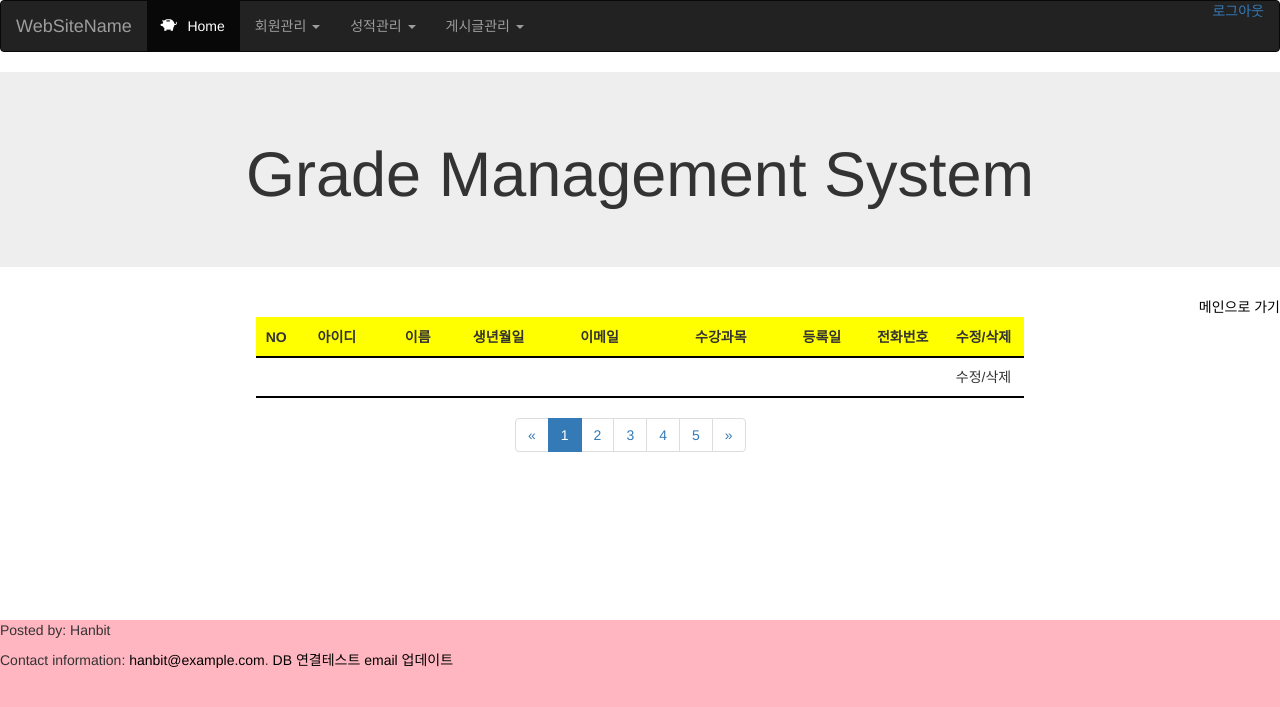
Repository: jeonghyunseok/GMSUI
Page: http://localhost/GMS2/WEB-INF/view/member/member_list.jsp
The author's editor kept a copy of each file at every save. The page is drawn from the files as they stood at one save, then again after the next save.
The browser window is 1280 px wide. The pictures show the whole page.
Some web libraries are served in a nearby version. The page is served by Tomcat 9. Nobody is signed in. Other server files are loaded and not shown. The template is opened directly, without the code that normally fills it, so the values that code supplies are empty.

Above is the page before, as saved 2017-08-18 05:12:38.

### GMS2/WebContent/WEB-INF/view/member/member_list.jsp
<%@ page language="java" contentType="text/html; charset=UTF-8"
	pageEncoding="UTF-8"%>

<jsp:include page="../common/common_head.jsp"/>

<div id="container">
	<table id="member_list_tab">
		<tr>
		<th style="width: 5%;">NO</th>
		<th style="width: 10%;">아이디</th>
		<th style="width: 10%;">이름</th>
		<th style="width: 10%;">생년월일</th>
		<th style="width: 15%;">이메일</th>
		<th style="width: 15%;">수강과목</th>
		<th style="width: 10%;">등록일</th>
		<th style="width: 10%;">전화번호</th>
		<th style="width: 10%;">수정/삭제</th>
		</tr>
		<c:forEach var="i" items="${requestScope.list}">
		<tr>
		<td>${i.num}</td>
		<td>${i.id}</td>
		<td >${i.name}</td>
		<td >${i.ssn }</td>
		<td >${i.email}</td>
		<td >${i.title}</td>
		<td >${i.regdate }</td>
		<td >${i.phone }</td>
		<td>수정/삭제</td>
		</tr>
		</c:forEach>
		</table>
		<nav aria-label="Page navigation" style="width: 250px; margin: 0 auto;">
	  <ul class="pagination">
	    <li>
	      <a href="#" aria-label="Previous">
	        <span aria-hidden="true">&laquo;</span>
	      </a>
	    </li>
	    <li class="active"><a href="#">1</a></li>
	    <li><a href="#">2</a></li>
	    <li><a href="#">3</a></li>
	    <li><a href="#">4</a></li>
	    <li><a href="#">5</a></li>
	    <li>
	      <a href="#" aria-label="Next">
	        <span aria-hidden="true">&raquo;</span>
	      </a>
	    </li>
	  </ul>
	</nav>
</div>
<jsp:include page="../common/footer.jsp"></jsp:include>

### GMS2/WebContent/WEB-INF/view/common/common_head.jsp
<%@ page language="java" contentType="text/html; charset=UTF-8" pageEncoding="UTF-8"%>

<!DOCTYPE html>
<html>
<head>
<meta charset="UTF-8" name="viewport"
	content="width=device-width, initial-scale=1.0">
<title>Student detail</title>

<link rel="stylesheet" href="${ctx}/resources/css/common.css" />
<link rel="stylesheet" href="${ctx}/resources/css/member.css" />
 <link rel="stylesheet" href="https://maxcdn.bootstrapcdn.com/bootstrap/3.3.7/css/bootstrap.min.css">

 <script src="https://ajax.googleapis.com/ajax/libs/jquery/3.2.0/jquery.min.js"></script>
 <script src="https://maxcdn.bootstrapcdn.com/bootstrap/3.3.7/js/bootstrap.min.js"></script>
</head>
<body>
	<div id="wrapper">
		<header>
	    <jsp:include page="navbar.jsp"></jsp:include>
		<div class="jumbotron text-center">
		<h1>Grade Management System</h1>
        </div>
		</header>
	<a id="go_main" href="/index.jsp">메인으로 가기</a><br />

### GMS2/WebContent/WEB-INF/view/common/navbar.jsp
<%@ page language="java" contentType="text/html; charset=UTF-8" pageEncoding="UTF-8"%>
<nav class="navbar navbar-inverse">
  <div class="container-fluid">
    <div class="navbar-header">
      <a class="navbar-brand" href="#">WebSiteName</a>
    </div>
  	  <ul class="nav navbar-nav">
  	   <li class="active"><a id="nav_move"><span class="glyphicon glyphicon-piggy-bank"></span> &nbsp; Home</a></li>

		<li class="dropdown">
      <a href="#" class="dropdown-toggle"
      	data-toggle="dropdown" role="button"
      	aria-haspopup="true"
      	aria-expanded="false">회원관리 <span class="caret">
      	</span></a>

      	<ul id="navbar_drop_stu" >
   		<li><a >학생추가</a></li>
   		<li><a >학생목록</a></li>
   		<li><a >학생조회</a></li>
   		<li ></li>
   		<li><a >학생삭제</a></li>
      	</ul>
      	</li>

      	<li class="dropdown">
      <a href="#" class="dropdown-toggle"
      	data-toggle="dropdown" role="button"
      	aria-haspopup="true"
      	aria-expanded="false">성적관리 <span class="caret">
      	</span></a>
      	<ul id="navbar_drop_grade">
   		<li><a >성적추가</a></li>
   		<li><a >성적목록</a></li>
   		<li><a >성적조회</a></li>
   		<li ></li>
   		<li><a >성적 삭제</a></li>
      	</ul>
      	</li>

      	<li class="dropdown">
       <a href="#" class="dropdown-toggle"
       	data-toggle="dropdown" role="button"
      	aria-haspopup="true"
      	aria-expanded="false">게시글관리 <span class="caret">
      	</span></a>
      	<ul id="navbar_drop_board" >
   		<li><a >게시글추가</a></li>
   		<li><a >게시글목록</a></li>
   		<li><a >게시글조회</a></li>
   		<li ></li>
   		<li><a >게시글 삭제</a></li>
      	</ul>
      	</li>
   	 </ul>
   		<span class="gms-float-right" style="color:white"> ${sessionScope.user.name} &nbsp;
   		 <a  id="logout" >로그아웃</a></span>
	</div>
</nav>
	<script>

		function logout(dir,page){
		location.href="${ctx}/"+dir+".do?action=move&page="+page;
		return true;
		}

		function moveTo(dir,page){
			location.href="${ctx}/"+dir+".do?action=move&page="+page;
			}

		function deleteTarget(target){
	 		prompt(target+'의 ID?');
	 	}
		function list(dir,page){
			location.href="${ctx}/"+dir+".do?action=list&page="+page;
		}
		function mainLoad(){

			var u1=document.getElementById("main_ul_stu");
		 	var u2=document.getElementById("main_ul_grade");
		 	var u3=document.getElementById("main_ul_board");

		 u1.setAttribute("class","list-group");
		 u2.setAttribute("class","list-group");
		 u3.setAttribute("class","list-group");

		 	var u1c=u1.children;
		 	var u2c=u2.children;
		 	var u3c=u3.children;

		 	var i;
		 	for(i=0;i<u1c.length;i++){
		 		u1c[i].setAttribute("class","list-group-item");
		 	}

		 	for(i=0;i<u2c.length;i++){
		 		u2c[i].setAttribute("class","list-group-item");
		 	}
		 	for(i=0;i<u3c.length;i++){
		 		u3c[i].setAttribute("class","list-group-item");
		 	}

		 	u1c[0].setAttribute("onclick","moveTo('member','member_add')")
		 	u1c[1].setAttribute("onclick","list('member','member_list')")
		 	u1c[2].setAttribute("onclick","moveTo('member','member_search')")
		 	u1c[3].setAttribute("onclick","moveTo('member','member_update')")
		 	u1c[4].setAttribute("onclick","deleteTarget('학생')")

		 	u2c[0].setAttribute("onclick","moveTo('grade','grade_add')")
		 	u2c[1].setAttribute("onclick","list('grade','grade_list')")
			u2c[2].setAttribute("onclick","moveTo('grade','grade_detail')")
		 	u2c[3].setAttribute("onclick","moveTo('grade','grade_update')")
		 	u2c[4].setAttribute("onclick","deleteTarget('성적')");

		 	u3c[0].setAttribute("onclick","moveTo('board','board_add')")
		 	u3c[1].setAttribute("onclick","list('board','board_list')")
		 	u3c[2].setAttribute("onclick","moveTo('board','board_update')")
		 	u3c[3].setAttribute("onclick","deleteTarget('게시글')")

		}

		function navbarLoad(){

			var u1=document.getElementById("navbar_drop_stu");
		 	var u2=document.getElementById("navbar_drop_grade");
		 	var u3=document.getElementById("navbar_drop_board");

		 	var u1c=u1.children;
		 	var u2c=u2.children;
		 	var u3c=u3.children;

		 u1.setAttribute("class","dropdown-menu");
		 u2.setAttribute("class","dropdown-menu");
		 u3.setAttribute("class","dropdown-menu");


			 var nav_move=document.getElementById("nav_move");
		 	nav_move.setAttribute("onclick","moveTo('common','main')");

		 	var logout=document.getElementById("logout");
			 logout.setAttribute("onclick","moveTo('common','index')");


		 	u1c[0].setAttribute("onclick","moveTo('member','member_add')")
		 	u1c[1].setAttribute("onclick","moveTo('member','member_list')")
		 	u1c[2].setAttribute("onclick","moveTo('member','member_search')")
		 	u1c[3].setAttribute("role","separator");
		 	u1c[3].setAttribute("class","divider");
		 	u1c[4].setAttribute("onclick","deleteTarget('학생')")

		 	u2c[0].setAttribute("onclick","moveTo('grade','grade_add')")
		 	u2c[1].setAttribute("onclick","moveTo('grade','grade_list')")
		 	u2c[2].setAttribute("onclick","moveTo('grade','grade_detail')")
			u2c[3].setAttribute("role","separator");
		 	u2c[3].setAttribute("class","divider");
		 	u2c[4].setAttribute("onclick","deleteTarget('성적')");

		 	u3c[0].setAttribute("onclick","moveTo('board','board_add')")
		 	u3c[1].setAttribute("onclick","moveTo('board','board_list')")
		 	u3c[2].setAttribute("onclick","moveTo('board','board_update')")
		 	u3c[3].setAttribute("role","separator");
		 	u3c[3].setAttribute("class","divider");
		 	u3c[4].setAttribute("onclick","deleteTarget('게시글')")

		}
		  	window.onload=navbarLoad();


	</script>

### GMS2/WebContent/WEB-INF/view/common/footer.jsp
<%@ page language="java" contentType="text/html; charset=UTF-8" pageEncoding="UTF-8"%>
<!doctype html>
	<footer>
		<div>
				<p>Posted by: Hanbit</p>
				<p>
					Contact information: <a href="mailto:someone@example.com">
						hanbit@example.com</a>.
				<a href="../jdbctest.jsp">DB 연결테스트</a>
				<a href="../util/update_email.jsp">email 업데이트</a>
				</p>
	</div>
		</footer>
			</div>
					</body>
			</html>

### GMS2/WebContent/resources/css/common.css
@CHARSET "UTF-8";
html, body{height: 100%; margin: 0; padding: 0; border: 0;}
table{border-collapse:collapse;}
#wrapper{position: relative; min-height:100%;padding-bottom:100px;}
footer{position: absolute; bottom: 0; left: 0; width: 100%;  height: 100px;  background-color: lightpink;}
fotter div{width:80%;}
#go_main{float:right}
#container{width:100%; margin:0 auto; }
#text-cen{text-align: center}
#title{text-align:center; margin:0 auto;}
#text-cen{text-align:center;}
.gms-text-center{text-align:center;}
.gms-border-black{border: 1px solid black;}
.gms-width-30pro{width:30%;}
.gms-width-100pro{width:100%;}
.gms-text-deconone{text-decoration: none}
.gms-margine-auto{margin:0 auto}
.gms-list-none{list-style-type:none}
.gms-display-inline{display: inline-block;}
.gms-color-green{color:green}
.gms-backcolor-yellow{background-color:yellow}
.gms-color-blue{color:blue}
.gms-backcolor-red{background-color:#9afafa}
.gms-float-right{float:right}


/* unvisited link */
a:link { color: black;}
/* visited link */
a:visited {color: green;}
/* mouse over link */
a:hover {color: red;}
/* selected link */
a:active {color: blue;}

### GMS2/WebContent/resources/css/member.css
@CHARSET "UTF-8";
@IMPORT "common.css";
/*index.jsp*/
#index-tab{width:75%; margin:80px auto;width:80%;border:2px solid blue}
#index-tab-tr>td{border: 1px solid black; width:30%;padding:30px; text-align:center; text-decoration: none}
#index-tab-tr>th{border: 1px solid black; width:30%; text-align:center; text-decoration: none}
.index-ul{width: 200px;text-decoration: none;list-style-type:none}
.index-ul>li{border: 1px solid black;}
.index-ul>li>a{text-decoration: none; list-style-type:none}
#wrapper{width:100%;}
#index-h1{text-align:center; margin:0 auto;font-size:80px;}
/*login.jsp*/
#login_img{width: 200px;height: 200px; text-align:center;}
#login_id{font-size:20px;width:108px;display: inline-block;}
#login_pass{font-size:20px;display: inline-block;}
#login_botton{width: 150px; background-color:yellow;}
#cancel_botton{width: 150px; background-color:red;}
/*join.jsp*/
#join_id{font-size:20px;width:108px;display: inline-block;}
#join_pass{font-size:20px;display: inline-block;}
#join_name{font-size:20px;width:108px;display: inline-block;}
#join_birth{font-size:15px;width:60px;display: inline-block;}
#join_yes_btn{width:140px ; background-color:green;margin:0 auto;}
#join_no_btn{width:140px ; background-color:red;margin:0 auto;}
#join_form{margin:0 auto;}
/*login_list.jsp*/
#member_list_tab {width:60%;margin:0 auto;}
#member_list_tab th{border-bottom:2px solid black;height:40px;text-align:center;background-color:yellow;}
#member_list_tab td{border-bottom:2px solid black;height:40px;text-align:center;}
/*member_search*/
#member_search_box{width:300px;margin:0 auto;}
/*member_detail*/
#member_detail_tab {width: 60%;margin:0 auto;}
#member_detail_tab tr{border:2px solid black;height:40px;text-align:center;}
#member_detail_tab td{border:2px solid black;height:40px;text-align:center;}

After the next save:
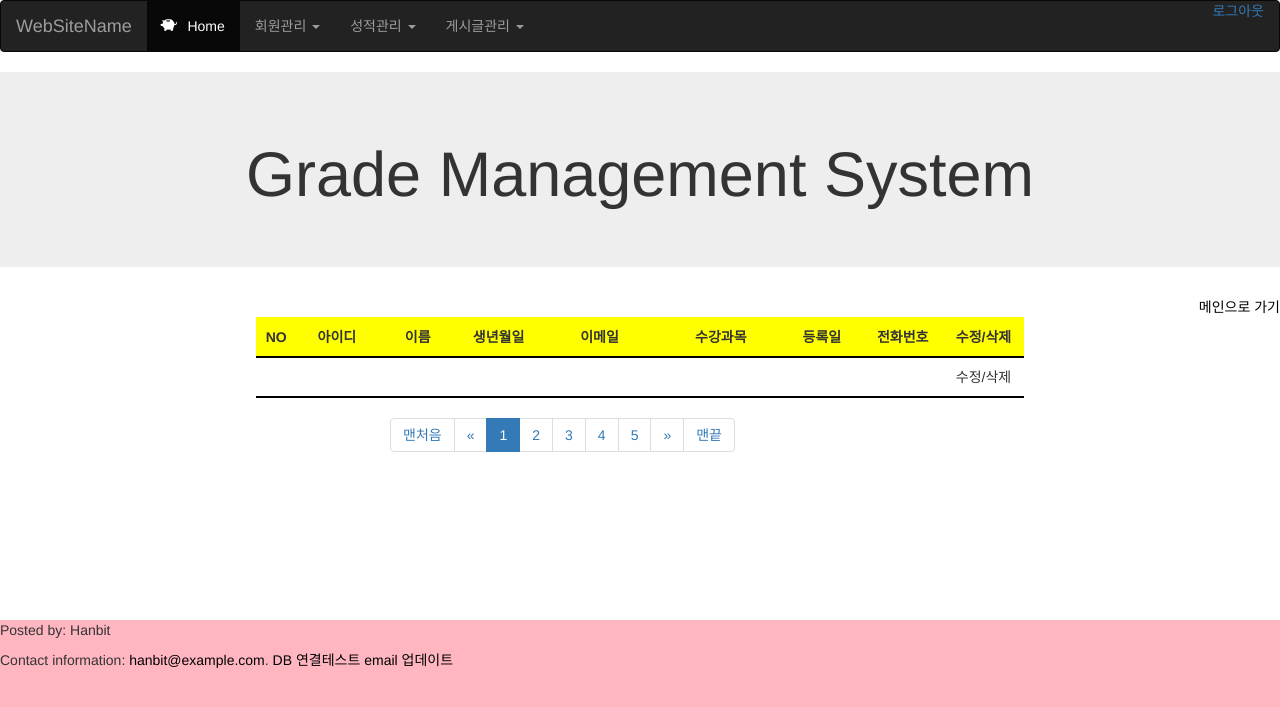
Saved 7 min 51 s later.
--- a/GMS2/WebContent/WEB-INF/view/member/member_list.jsp
+++ b/GMS2/WebContent/WEB-INF/view/member/member_list.jsp
@@ -30,8 +30,9 @@
 		</tr>
 		</c:forEach>
 		</table>
-		<nav aria-label="Page navigation" style="width: 250px; margin: 0 auto;">
+		<nav aria-label="Page navigation" style="width: 500px; margin: 0 auto;">
 	  <ul class="pagination">
+	     <li><a href="#">맨처음</a></li>
 	    <li>
 	      <a href="#" aria-label="Previous">
 	        <span aria-hidden="true">&laquo;</span>
@@ -46,7 +47,8 @@
 	      <a href="#" aria-label="Next">
 	        <span aria-hidden="true">&raquo;</span>
 	      </a>
-	    </li>
+	     </li>
+	      <li><a href="#">맨끝</a></li>
 	  </ul>
 	</nav>
 </div>
